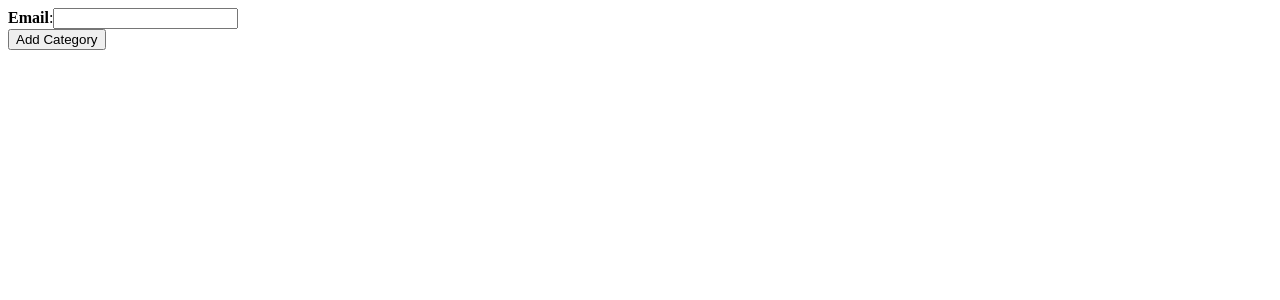
Repository: abdallahokasha/Servlets-and-JSP
Page: http://localhost/onlineShop/AddCategory.jsp
These files come from the project's save history. The page is drawn as it stood at one moment and after the next save; the edit follows.
The browser window is 1280 px wide. The pictures show the whole page.
The page is served by Tomcat 9.

Above is the page before, as saved 2016-09-06 16:39:44.

After the next save:
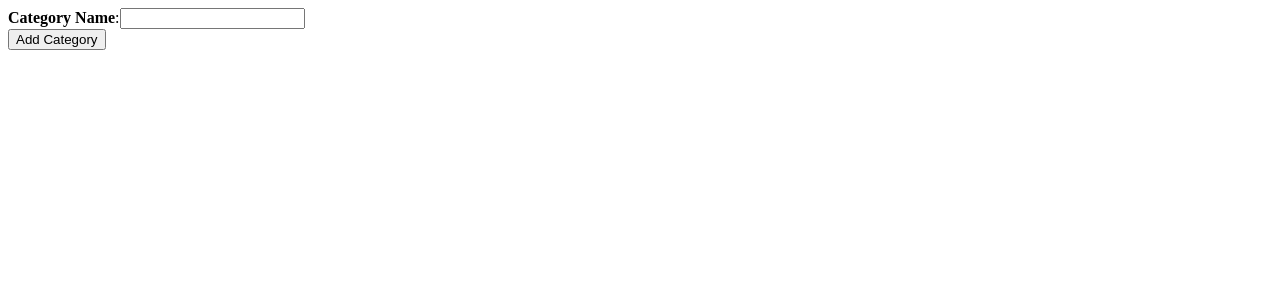
Saved 37 s later.
--- a/onlineShop/WebContent/AddCategory.jsp
+++ b/onlineShop/WebContent/AddCategory.jsp
@@ -8,7 +8,7 @@
 </head>
 <body>
 <form action="AddCategory" method="post">
-<strong>Email</strong>:<input type="text" name="Name"><br>
+<strong>Category Name</strong>:<input type="text" name="Name"><br>
 <input type="submit" value="Add Category"><br>
 </form>
 </body>
